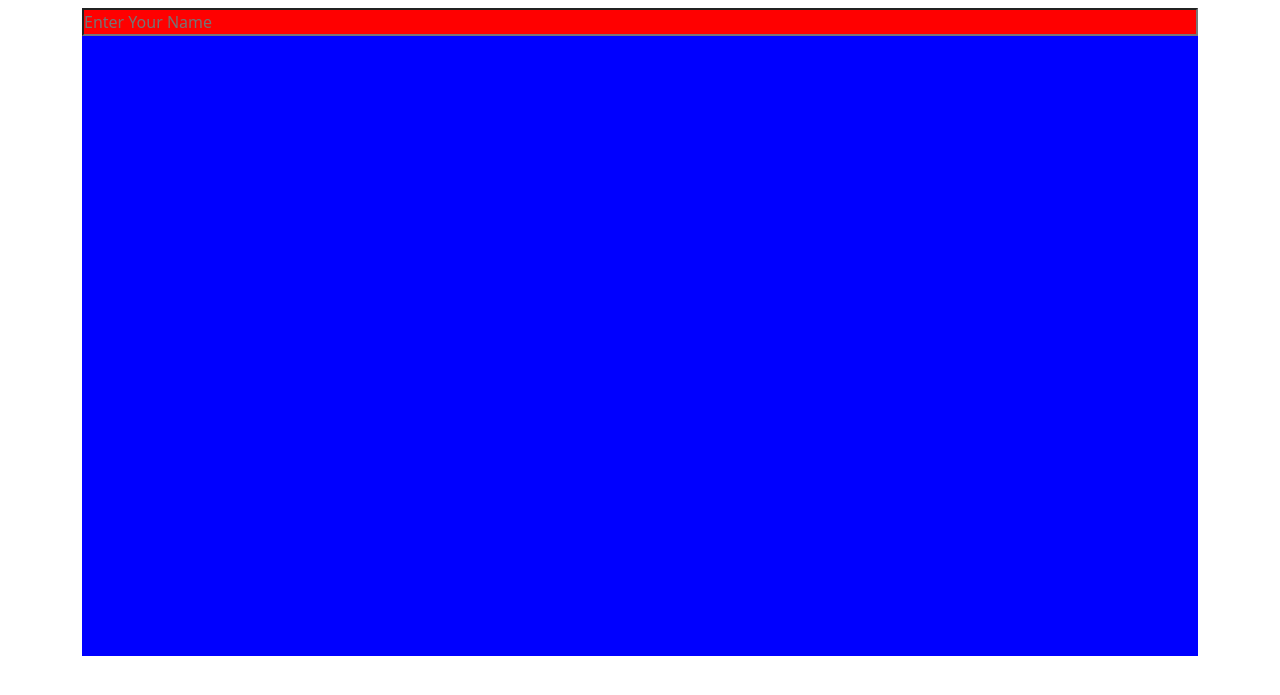
Repository: Haneef-Shaik/Greetings
Page: /
These files come from the project's save history. The page is drawn as it stood at one moment and after the next save; the edit follows.
The browser window is 1280 px wide. The pictures show the whole page.
The project was rebuilt for these pictures with package versions that can differ from the ones it lists, and the page was loaded fresh each time. The framework's server and built-in components were replaced by stand-ins that run in the browser. Also part of the build but not shown: next.config.js, styles/card.module.scss, components/card.js, styles/socialShare.module.scss, components/socialShare.js.

Above is the page before, as saved 2021-12-01 19:41:47.

### pages/_app.js
import '../styles/globals.css'
import 'bootstrap/dist/css/bootstrap.css'


function MyApp({ Component, pageProps }) {
  return <Component {...pageProps} />
}

export default MyApp

### pages/index.js
import Card from "../components/card.js";
import {useRouter} from 'next/router';
import Ss from "../components/socialShare"
import InpFrm from "../components/form"

export default function Home() {
  const {query} = useRouter();
  const myurls='https://gratefulprayerthankfulheart.com/wp-content/uploads/2014/12/aquawhitechristmastreegreeting.jpg';

  if(query.length > 0)
  {

    if(query.greeting)
    {
      return (
        <>
          <Card event={query.event} image={query.bgImg} name={query.name} greeting={query.greeting}  />
        </>
          )
    }
    else
    {
      return (
        <>
          <Card event={query.event} image={query.bgImg} name={query.name}  />
        </>
          )
    }

  }
  else
  {
    return (
        <>
          <InpFrm />
        </>
        )
  }
    // return (
    //   <>
        {/* <Card event='Event' image={myurls} name='Name' color='red' greeting="Lorem Ipsum is simply dummy text of the printing and typesetting industry. Lorem Ipsum has been thing software like Aldus PageMaker including versions of Lorem Ipsum."  /> */}
        {/* <Ss mylink="localhost:3000/name=haneef&event=christmas" /> */}
    {/*     <Ss mylink="localhost:3000/name=haneef&event=christmasW&sddsajnodsoduaibdadbksa" /> */}
    //   </>
    //     )

}

### components/form.js
/* eslint-disable no-undef */
import React, {useState,useRef} from 'react'

import 'bootstrap/dist/css/bootstrap.min.css';
import styles from '../styles/form.module.scss';
import IMAGE from 'next/image'


function Edit() {
    return (
        <div className="container-fluid p-2 " >
            <div className="container">
                <div className="row">
                    <div className="col-12">
                        <div className={styles.formContainer} >
                            <form>
                                <input type="text" placeholder="Enter Your Name" className="col-12 inpName" />
                            </form>
                        </div>
                    </div>
                </div>
            </div>
        </div>
    )
}


class InvitationCard extends React.Component{
    render(){
        return (

                <div className="body p-2" style={{backgroundColor: this.props.c,backgroundImage:`url(${this.props.im})`,backgroundSize:350,backgroundRepeat:'no-repeat'}} >
                    <h1 id="heading" style={{color: this.props.heading}}>{this.props.name}</h1>
                    <p style={{marginTop: "50px",color: this.props.content}}>{this.props.message}</p>
                    <p style={{color: this.props.content}} id="toWhom">{this.props.to}</p>
                </div>
        )
    }

}



export default Edit;

### styles/form.module.scss
.formContainer{
    height:90vh;
    background-color:blue;
    input{
        background-color:red;
    }
}

Loaded but not shown: styles/globals.css (common file)

After the next save:
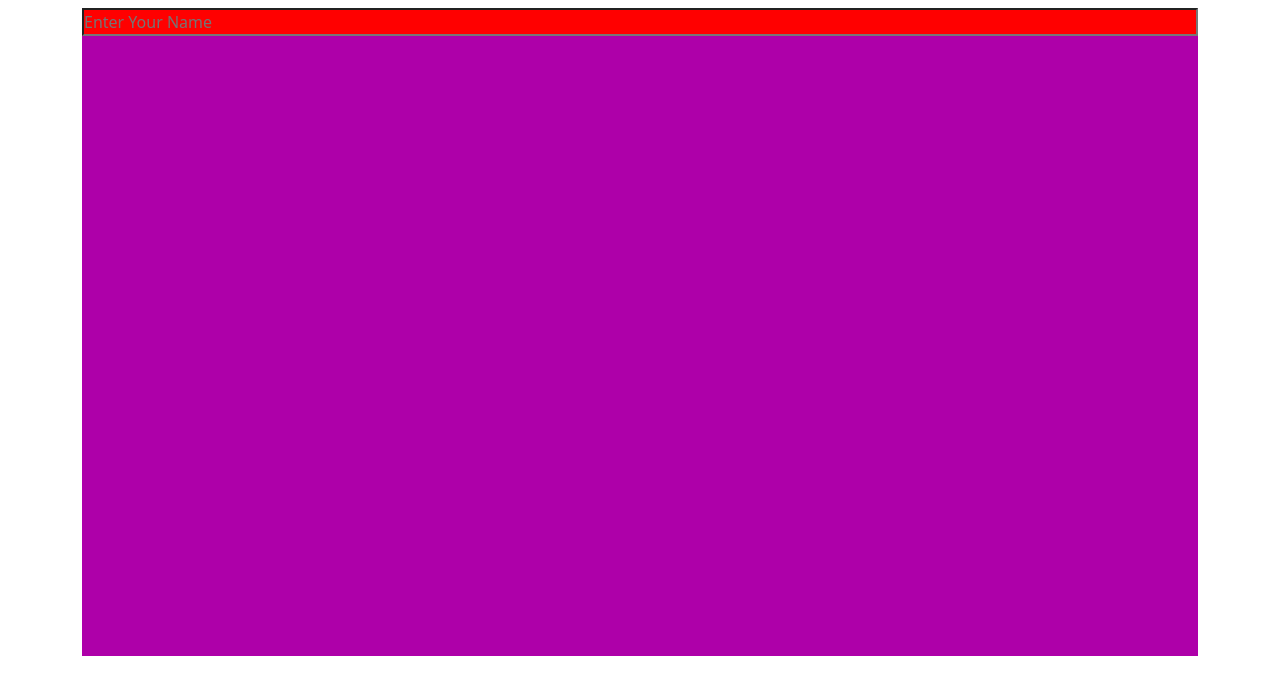
Saved 15 s later.
--- a/styles/form.module.scss
+++ b/styles/form.module.scss
@@ -1,6 +1,6 @@
 .formContainer{
     height:90vh;
-    background-color:blue;
+    background-color:#Ae00a9;
     input{
         background-color:red;
     }
